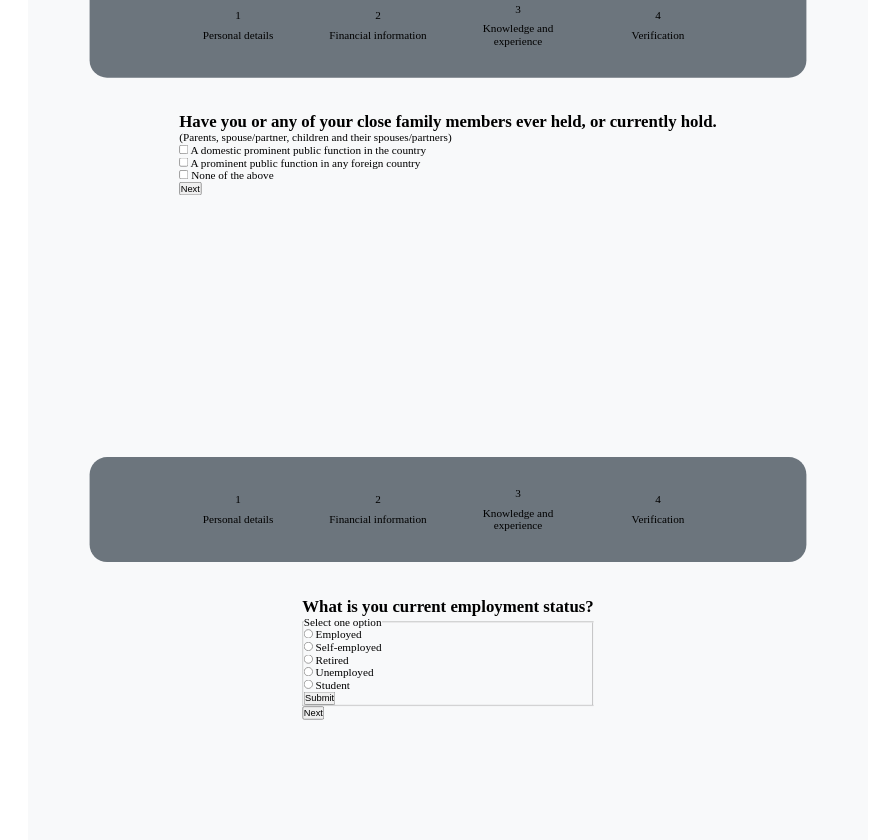
Repository: Jacques-Jaki-Morkel/vaultmarkets_SignupFlow
Page: index.HTML
The author's editor kept a copy of each file at every save. The page is drawn from the files as they stood at one save, then again after the next save.
The browser window is 1280 px wide. The pictures show the part of the page from y = 2400 to 4320 px (the page is 3600 px tall before and 4320 px after), at 70% of full size.

Above is the page before, as saved 2025-07-30 15:08:16.

After the next save:
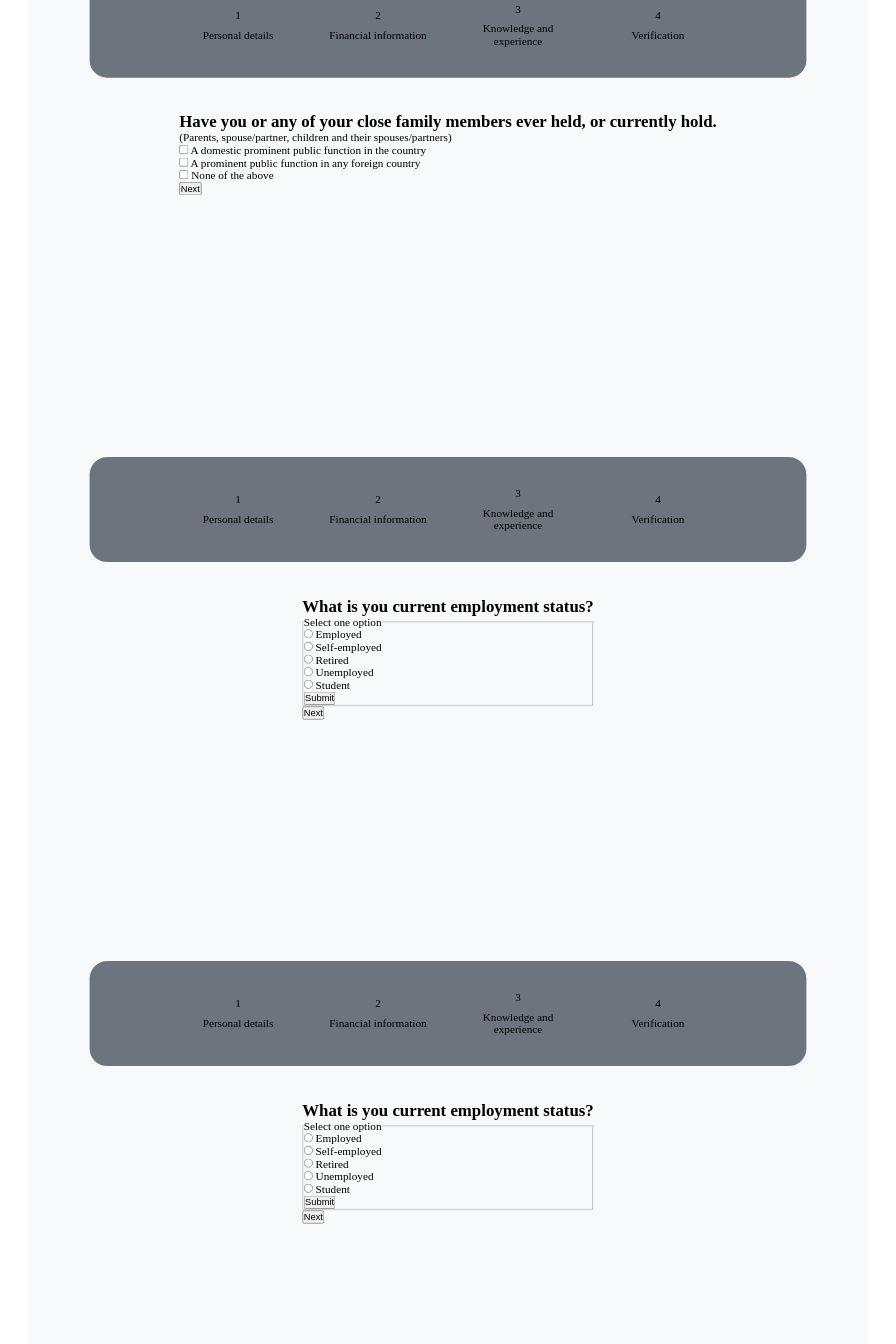
Saved 72 s later.
--- a/index.HTML
+++ b/index.HTML
@@ -151,7 +151,7 @@
     <!-- End of Personal details Section - page 1 -->
 
 
-    <!-- Personal details Section - page 2  continued -->
+    <!-- Personal details Section - page 2 continued -->
     <section class="container-size personal-2">
         <!-- Row 1: Progress Bar -->
         <div class="progress-bar-wrapper">
@@ -351,6 +351,75 @@
     </section>
     <!-- End of Financial information Section - page 1 -->
 
+    <!-- Financial information Section - page 2 continued -->
+    <section class="container-size personal-2">
+        <!-- Row 1: Progress Bar -->
+        <div class="progress-bar-wrapper">
+            <div class="progress-bar">
+                <ol class="progress-steps">
+                    <li>
+                        <div>1</div>
+                        <p>Personal details</p>
+                    </li>
+                    <li>
+                        <div>2</div>
+                        <p>Financial information</p>
+                    </li>
+                    <li>
+                        <div>3</div>
+                        <p>Knowledge and experience</p>
+                    </li>
+                    <li>
+                        <div>4</div>
+                        <p>Verification</p>
+                    </li>
+                </ol>
+            </div>
+        </div>
+
+        <!-- Row 2: Form -->
+        <div>
+            <h2>What is you current employment status?</h2>
+
+
+            <form action="#" method="POST">
+
+                <!-- Select 1 option -->
+                  <fieldset>
+      <legend>Select one option</legend>
+
+      <div>
+        <input type="radio" id="option1" name="selection" value="option1" required>
+        <label for="option1">Employed</label>
+      </div>
+
+      <div>
+        <input type="radio" id="option2" name="selection" value="option2">
+        <label for="option2">Self-employed</label>
+      </div>
+
+      <div>
+        <input type="radio" id="option3" name="selection" value="option3">
+        <label for="option3">Retired</label>
+      </div>
+
+      <div>
+        <input type="radio" id="option4" name="selection" value="option4">
+        <label for="option4">Unemployed</label>
+      </div>
+
+      <div>
+        <input type="radio" id="option5" name="selection" value="option5">
+        <label for="option5">Student</label>
+      </div>
+
+      <button type="submit">Submit</button>
+    </fieldset>
+                <button type="submit">Next</button>
+            </form>
+    </section>
+    <!-- End of Financial information Section - page 2 -->
+
     <script src="script.js"></script>
 </body>
 
